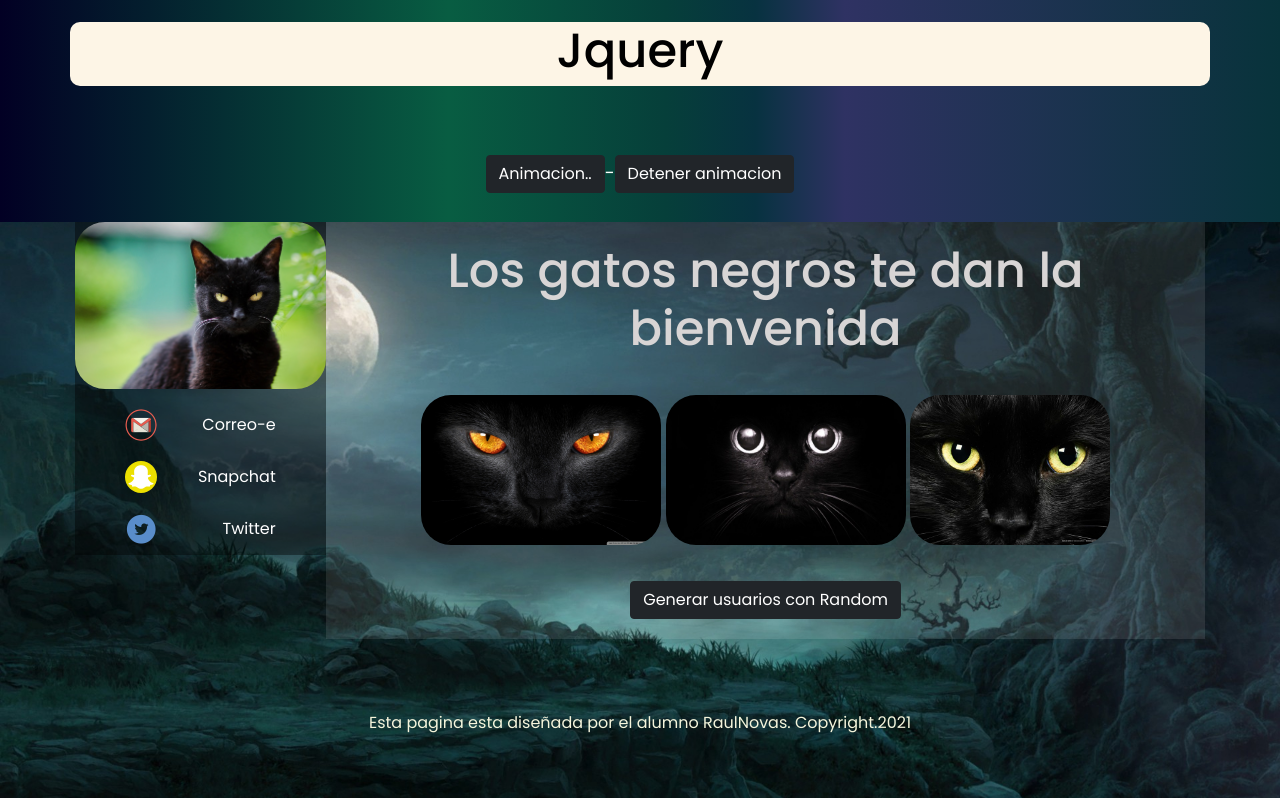
Repository: raul4264/final2
Page: index.html
The author's editor kept a copy of each file at every save. The page is drawn from the files as they stood at one save, then again after the next save.
The browser window is 1280 px wide. The pictures show the whole page.

Above is the page before, as saved 2021-07-14 09:31:01.

After the next save:
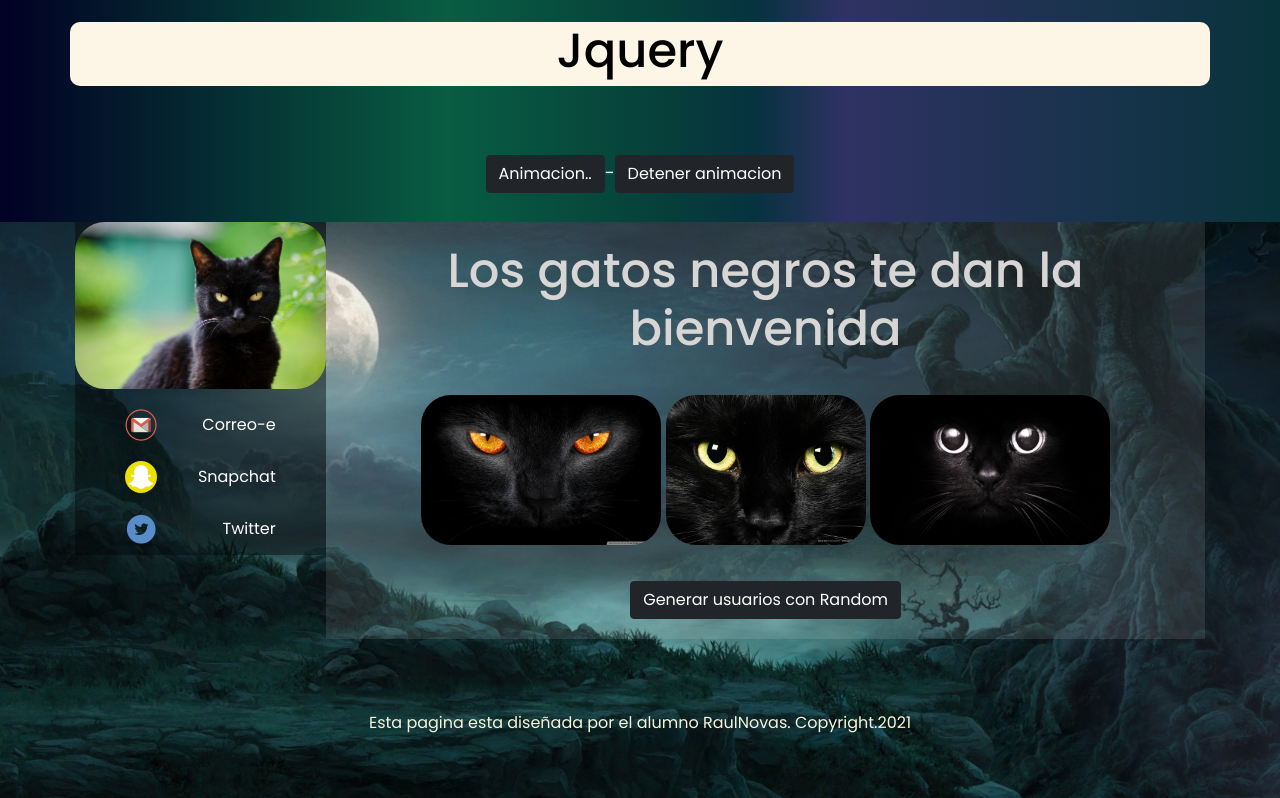
Saved 30 s later.
--- a/index.html
+++ b/index.html
@@ -135,8 +135,9 @@
 
 
                 <img src="/images/cat1.jpg" width="240vw">
+                <img src="/images/cat3.jpg" width="200vw" >
                 <img src="/images/cat2.jpg" width="240vw" >
-                <img src="/images/cat3.jpg" width="200vw" >
+
 
             <br>
             <button type="button" class="btn btn-dark" id="usuarios">Generar usuarios con Random</button>
